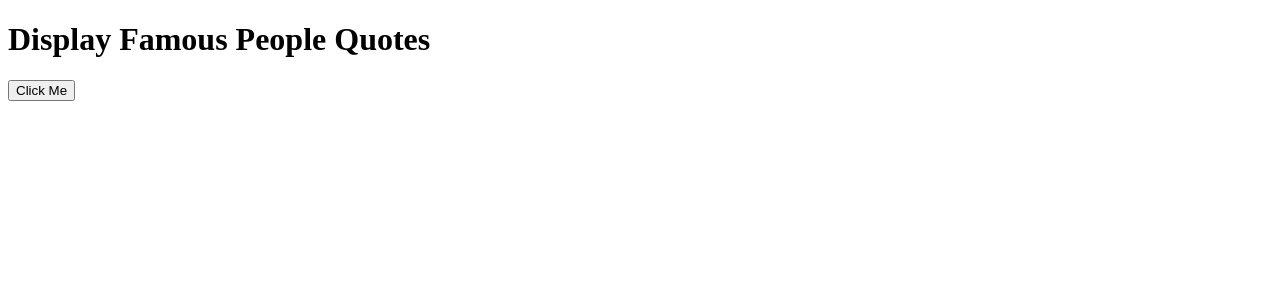
Repository: NiutaR/quotes-dom
Page: index.html
The author's editor kept a copy of each file at every save. The page is drawn from the files as they stood at one save, then again after the next save.
The browser window is 1280 px wide. The pictures show the whole page.

Above is the page before, as saved 2021-07-20 17:32:15.

After the next save:
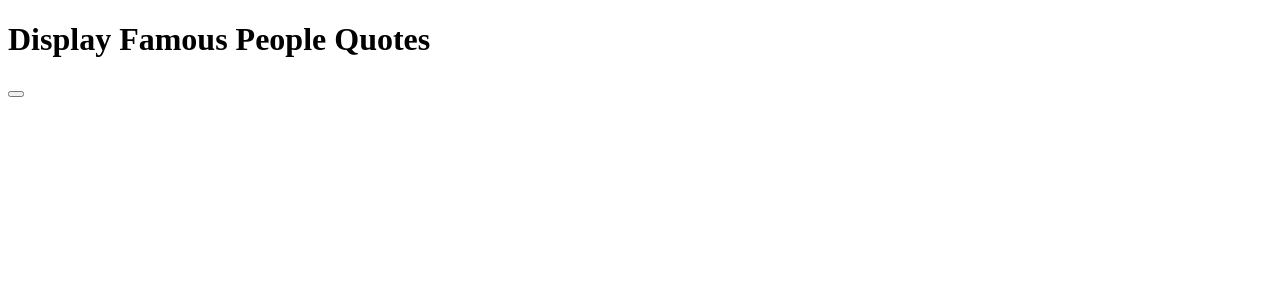
Saved 17 s later.
--- a/index.html
+++ b/index.html
@@ -7,9 +7,9 @@
     <title> Display Famous People Quotes</title>
 </head>
 <body>
-
-        <h1 id="mainH1">Display Famous People Quotes</h1>
-        <button id="btnId">Click Me</button>
-
+    <div id="container">
+        <h1>Display Famous People Quotes</h1>
+        <button id="btnId"></button>
+    </div>
 </body>
 </html>
